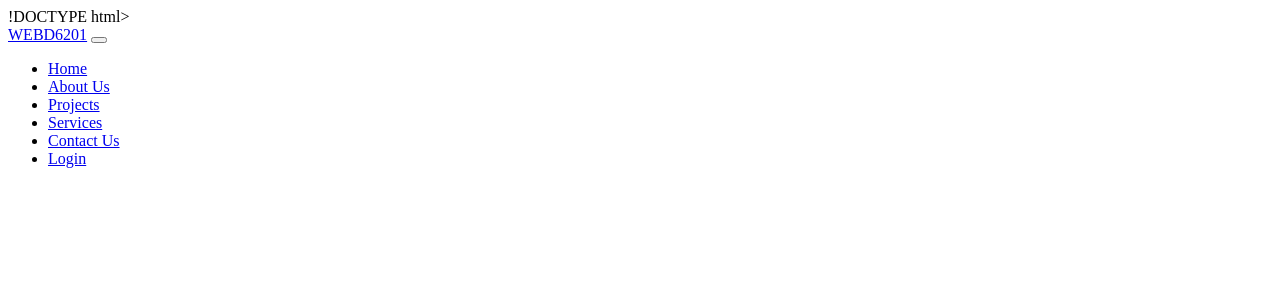
Repository: vans12345678/WEBD6201-W2021-Week7b
Page: views/Views/components/header.html
The author's editor kept a copy of each file at every save. The page is drawn from the files as they stood at one save, then again after the next save.
The browser window is 1280 px wide. The pictures show the whole page.

Above is the page before, as saved 2021-03-03 08:42:56.

### views/Views/components/header.html
!DOCTYPE html>
<div class="container-fluid">
    <a class="navbar-brand" href="index.html">WEBD6201</a>
    <button class="navbar-toggler" type="button" data-bs-toggle="collapse" data-bs-target="#navbarSupportedContent" aria-controls="navbarSupportedContent" aria-expanded="false" aria-label="Toggle navigation">
      <span class="navbar-toggler-icon"></span>
    </button>
    <div class="collapse navbar-collapse" id="navbarSupportedContent">
      <ul class="navbar-nav me-auto mb-2 mb-lg-0">
        <li class="nav-item">
          <a class="nav-link active" aria-current="page" href="index.html"><i class="fas fa-home fa-lg"></i> Home</a>
        </li>

        <li class="nav-item">
          <a class="nav-link" aria-current="page" href="about.html"><i class="fas fa-info fa-lg"></i> About Us</a>
        </li>

        <li class="nav-item">
          <a class="nav-link" aria-current="page" href="projects.html"><i class="fas fa-cog fa-lg"></i> Projects</a>
        </li>

        <li class="nav-item">
          <a class="nav-link" aria-current="page" href="services.html"><i class="fas fa-map fa-lg"></i> Services</a>
        </li>

        <li class="nav-item">
          <a class="nav-link" aria-current="page" href="contact.html"><i class="fas fa-phone fa-lg"></i> Contact Us</a>
        </li>

        <li id="login" class="nav-item">
          <a class="nav-link" aria-current="page" href="login.html"><i class="fas fa-sign-in-alt"></i> Login</a>
        </li>
      </ul>
    </div>
  </div>

After the next save:
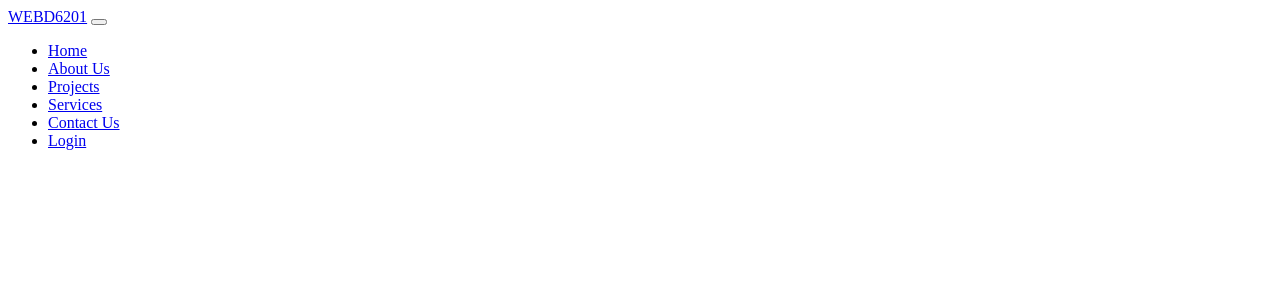
Saved 17 s later.
--- a/views/Views/components/header.html
+++ b/views/Views/components/header.html
@@ -1,5 +1,6 @@
-!DOCTYPE html>
-<div class="container-fluid">
+<!-- Main Navigation -->
+<nav class="navbar navbar-expand-lg navbar-dark bg-dark">
+  <div class="container-fluid">
     <a class="navbar-brand" href="index.html">WEBD6201</a>
     <button class="navbar-toggler" type="button" data-bs-toggle="collapse" data-bs-target="#navbarSupportedContent" aria-controls="navbarSupportedContent" aria-expanded="false" aria-label="Toggle navigation">
       <span class="navbar-toggler-icon"></span>
@@ -7,7 +8,7 @@
     <div class="collapse navbar-collapse" id="navbarSupportedContent">
       <ul class="navbar-nav me-auto mb-2 mb-lg-0">
         <li class="nav-item">
-          <a class="nav-link active" aria-current="page" href="index.html"><i class="fas fa-home fa-lg"></i> Home</a>
+          <a class="nav-link" aria-current="page" href="index.html"><i class="fas fa-home fa-lg"></i> Home</a>
         </li>
 
         <li class="nav-item">
@@ -32,3 +33,4 @@
       </ul>
     </div>
   </div>
+</nav>
